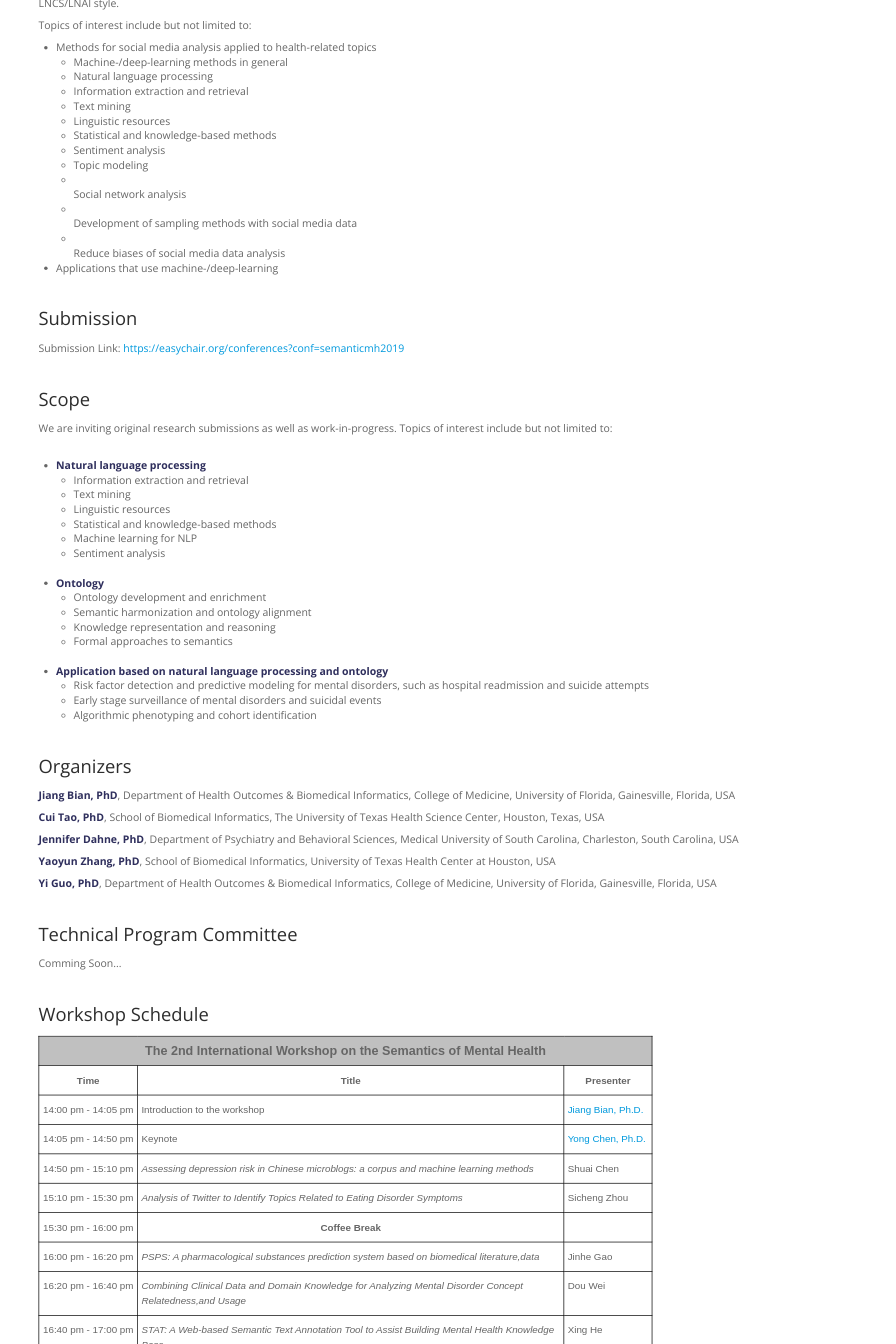
Repository: bianjiang/semantics-powered.org
Page: ISSWHR-2020/index.html
The author's editor kept a copy of each file at every save. The page is drawn from the files as they stood at one save, then again after a run of saves.
The browser window is 1280 px wide. The pictures show the part of the page from y = 847 to 2767 px (the page is 2979 px tall before and 2916 px after), at 70% of full size.
Some web libraries are served in a nearby version.

Above is the page before, as saved 2019-10-26 16:58:28.
Console error (its wording comes from the project's code and is left out).

After the next 6 saves:
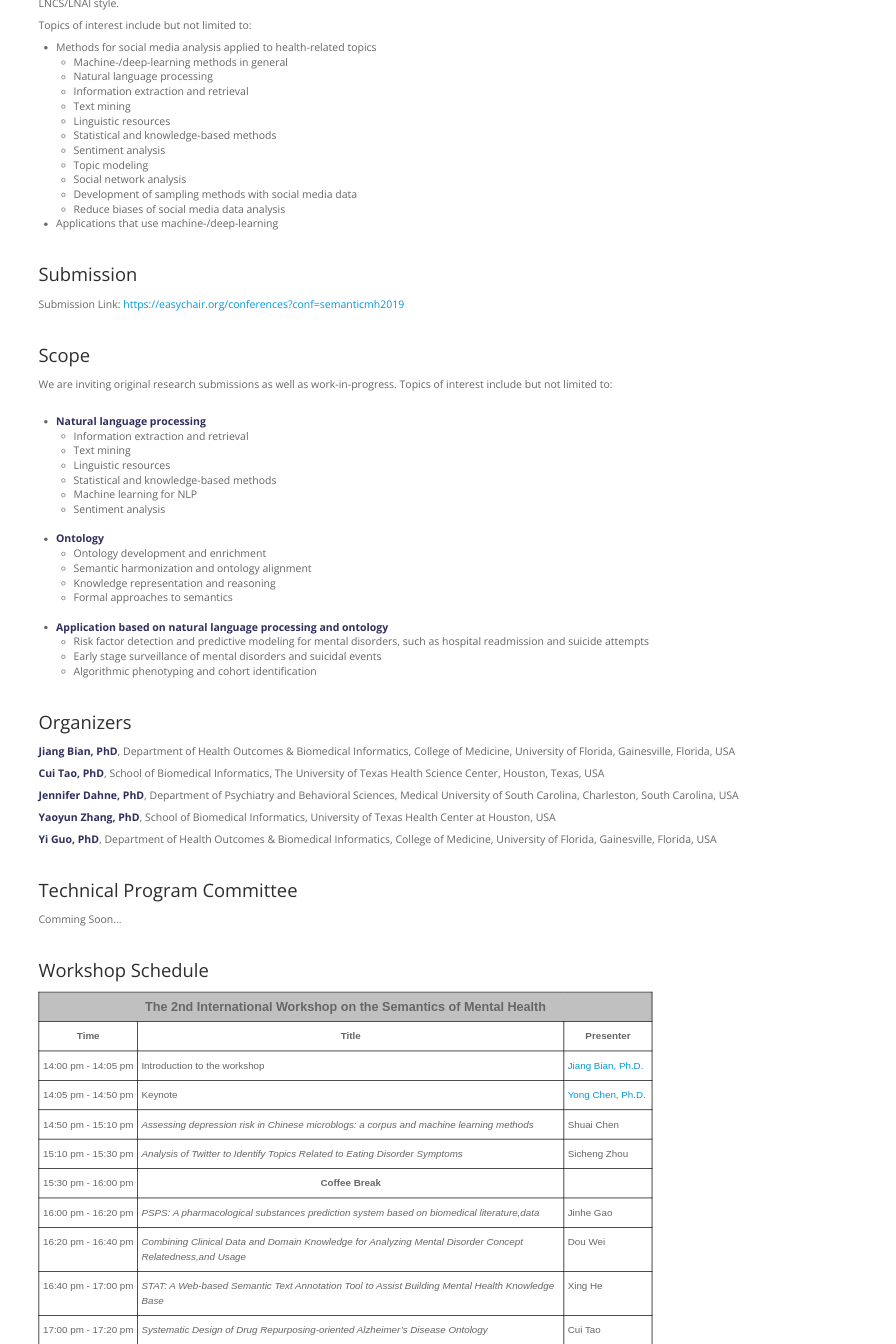
The 6 saves are shown as one change because they came seconds apart.
The last was saved 14 s later.
--- a/ISSWHR-2020/index.html
+++ b/ISSWHR-2020/index.html
@@ -156,9 +156,9 @@
                 <li>Statistical and knowledge-based methods</li>
                 <li>Sentiment analysis</li>
                 <li>Topic modeling</li>
-                <li></li>Social network analysis
-                <li></li>Development of sampling methods with social media data
-                <li></li>Reduce biases of social media data analysis
+                <li>Social network analysis</li>
+                <li>Development of sampling methods with social media data</li>
+                <li>Reduce biases of social media data analysis</li>
 
               </ul>
             </li>
